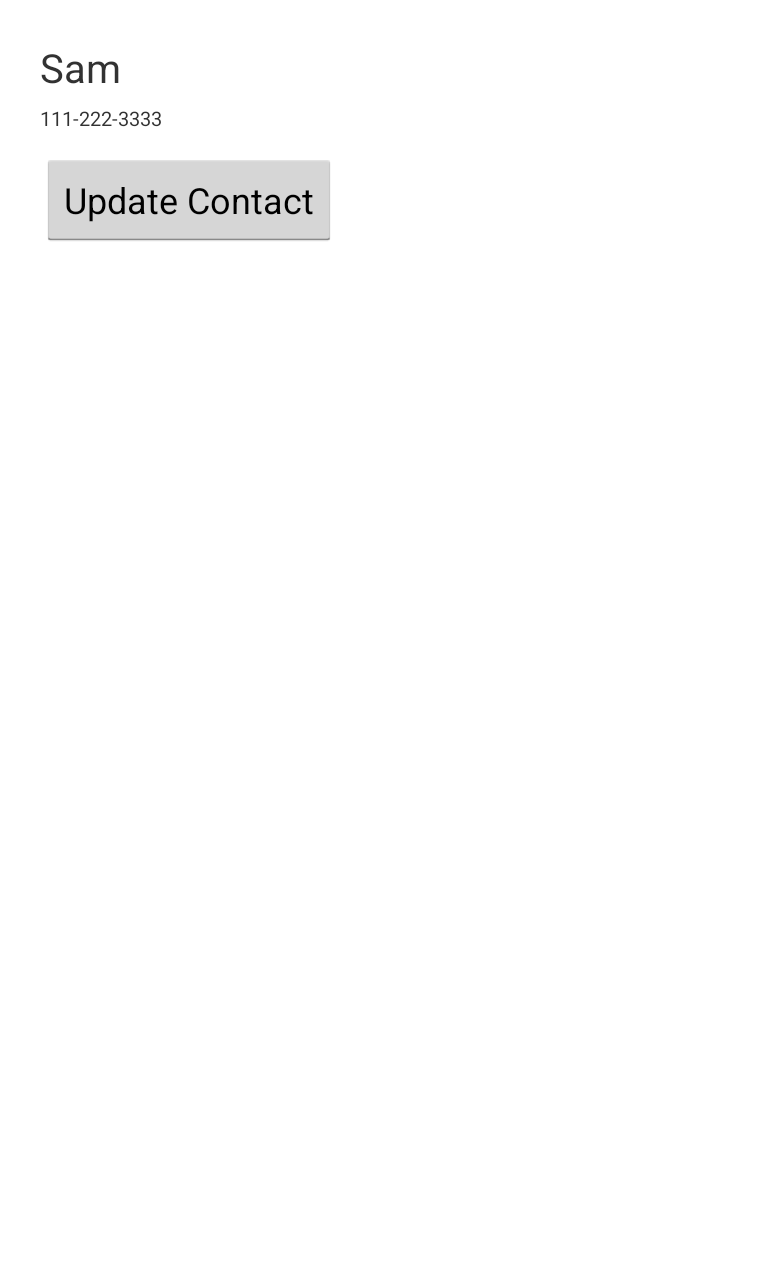
Repository: freebz/Head-First-Android
Layout: skateboardingPals/res/layout/main.xml
An editor plug-in stored every save of this project. The layout is shown before and after the next save, followed by the edit.
It is drawn on a 768 x 1280 px phone screen (xhdpi) without system bars, with theme AppTheme; the app's code is not run.

Above is the layout before, as saved 2014-01-16 16:04:59.

### skateboardingPals/res/layout/main.xml
<RelativeLayout
    xmlns:android="http://schemas.android.com/apk/res/android"
    android:layout_width="fill_parent"
    android:layout_height="fill_parent">

    <TextView
        android:id="@+id/contact_name"
        android:text="Sam"
        android:layout_width="wrap_content"
        android:layout_height="wrap_content"
        android:layout_alignParentTop="true"
        android:layout_alignParentLeft="true"
        android:layout_marginLeft="20dp"
        android:layout_marginTop="20dp"
        android:textSize="20dp"
         />

    <TextView android:id="@+id/contact_phone"
        android:layout_width="wrap_content"
        android:layout_height="wrap_content"
        android:textSize="10dp"
        android:text="111-222-3333"
        android:layout_below="@+id/contact_name"
        android:layout_alignLeft="@+id/contact_name"
        android:layout_marginTop="5dp"
        />

    <Button android:id="@+id/update_contact"
        android:layout_width="wrap_content"
        android:layout_height="wrap_content"
        android:text="Update Contact"
        android:layout_below="@+id/contact_phone"
        android:layout_alignLeft="@+id/contact_name"
        android:layout_marginTop="10dp"
        />

</RelativeLayout>

Loaded but not shown: skateboardingPals/res/values/styles.xml (common file); skateboardingPals/res/values-v11/styles.xml (common file); skateboardingPals/res/values-v14/styles.xml (common file)

After the next save:
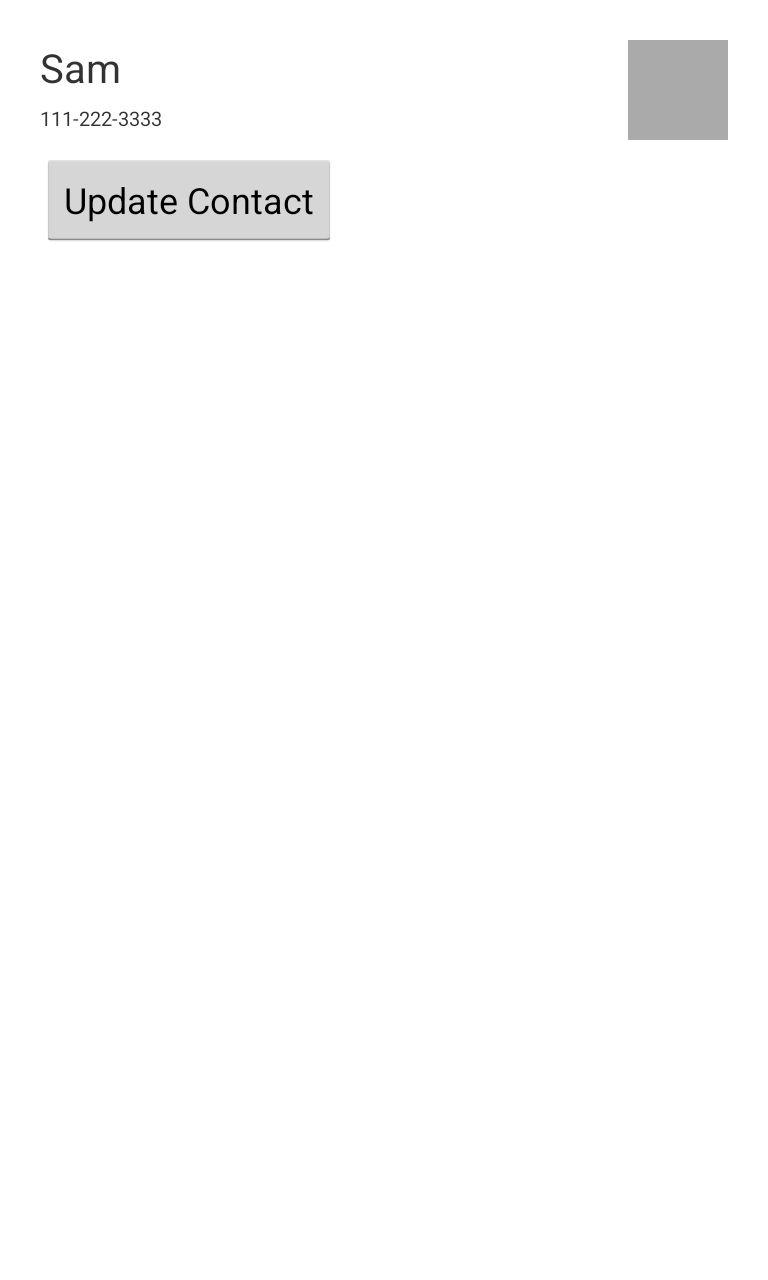
Saved 6 min 48 s later.
--- a/skateboardingPals/res/layout/main.xml
+++ b/skateboardingPals/res/layout/main.xml
@@ -34,4 +34,14 @@
         android:layout_marginTop="10dp"
         />
 
+    <ImageView android:id="@+id/portrait"
+        android:layout_width="50dp"
+        android:layout_height="50dp"
+        android:background="#aaa"
+        android:adjustViewBounds="true"
+        android:layout_alignParentRight="true"
+        android:layout_alignTop="@+id/contact_name"
+        android:layout_marginRight="20dp"
+        />
+
 </RelativeLayout>
